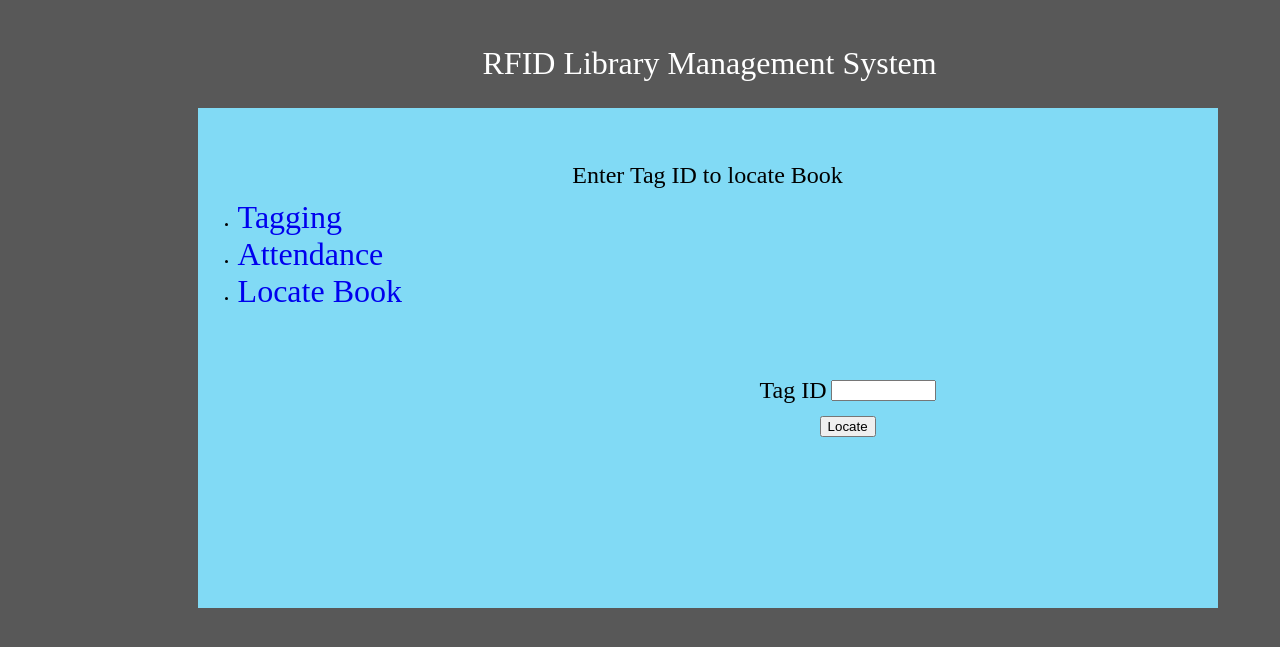
Repository: vigineshs/A-Smart-Data-Analyzer-for-Library-Management-System
Page: http://localhost/librarymgmt/locate.jsp
The author's editor kept a copy of each file at every save. The page is drawn from the files as they stood at one save, then again after the next save.
The browser window is 1280 px wide. The pictures show the whole page.
The page is served by Tomcat 9. Other server files are loaded and not shown.

Above is the page before, as saved 2013-02-10 12:19:31.

### PassiveRFID/CS203-Version 1.0.6/Demo Applications/Dot Net C#/Demo Applications Source Code/RFID/librarymgmt/WebContent/locate.jsp
<%@ page language="java" contentType="text/html; charset=ISO-8859-1"
    pageEncoding="ISO-8859-1"%>
<!DOCTYPE html PUBLIC "-//W3C//DTD HTML 4.01 Transitional//EN" "http://www.w3.org/TR/html4/loose.dtd">
<html>
<head>
<title>RFID | Library Management System</title>
<link rel="stylesheet" type="text/css" href="css/page.css ">
<script>
function validateForm()
{
var x=document.forms["f1"]["btag"].value;
if (x==null || x=="")
  {
  alert("TagID must be filled");
  return false;
  }}
  </script>
</head>
<body>
<div class="center">
<div id="container">
<div id="header"><br/>
RFID Library Management System
</div>
<div id="content">
<br/><br/><center>
Enter Tag ID to locate Book</center>
	<div id="lcon"  style="font-size:10px;">
<ul >
<li><a href="tag.jsp">Tagging</a></li>
<li><a href="attend.jsp">Attendance</a></li>
<li><a href="locate.jsp">Locate Book</a></li>
</ul>
	</div>
	<div id="rcon">
	<form method=GET action="http://localhost:8080/librarymgmt/location.jsp" onsubmit="return validateForm()" name=f1  ><br/><br/>
	<center>
<table>
<tr><td>Tag ID</td><td><input type=text size=10 name="tag" /></td></tr>
<tr><td></td><td></td></tr><tr><td></td><td></td></tr>
<tr  ><td colspan="2"><center><input type=submit value=Locate /></center></td></tr>
</table></center>
</form>
	</div>
</div>
</div>
</div>
</body>
</html>

### PassiveRFID/CS203-Version 1.0.6/Demo Applications/Dot Net C#/Demo Applications Source Code/RFID/librarymgmt/WebContent/css/page.css
#container
{


width:1024px;
height:500px;
margin:0px;

}

a{
text-decoration:none;
font-color:blue;
font-size:32px;
}

a:hover{
font-color:red;
}

.center
{
margin-left:auto;
margin-right:auto;
width:70%;
}

body
{
background-color:#585858;
}

#header
{
background-color:#585858;
font-family:Monotype Corsiva;
font-size:32px;
color:white;
height:100px;
text-align:center;
float:center;
}

#content
{
background-color:#81DAF5;
width:1020px;
height:500px;
margin-left:0px;
overflow:hidden;
font-size:24px;
float:center;
}

#lcon
{
width:300px;
height:100%
overflow:hidden;
}

#rcon
{
width:700px;
height:100%
overflow:hidden;
margin-left:300px;
}

After the next save:
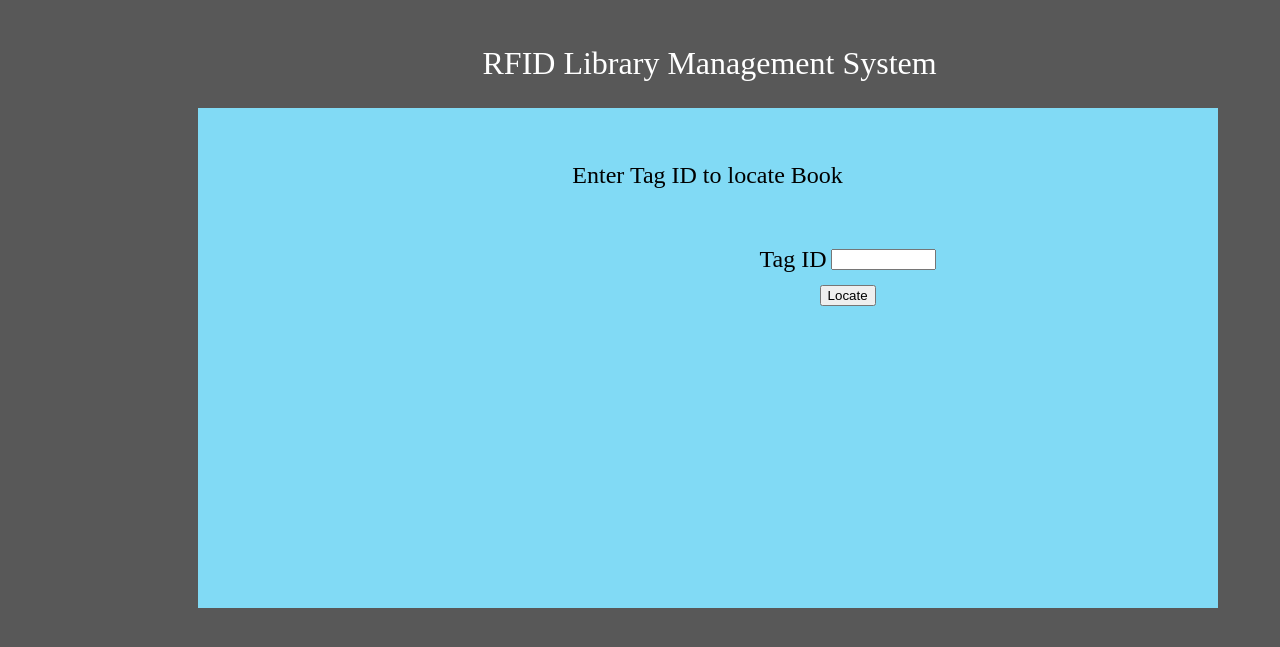
Saved 16 s later.
--- a/PassiveRFID/CS203-Version 1.0.6/Demo Applications/Dot Net C#/Demo Applications Source Code/RFID/librarymgmt/WebContent/locate.jsp
+++ b/PassiveRFID/CS203-Version 1.0.6/Demo Applications/Dot Net C#/Demo Applications Source Code/RFID/librarymgmt/WebContent/locate.jsp
@@ -25,12 +25,8 @@ RFID Library Management System
 <div id="content">
 <br/><br/><center>
 Enter Tag ID to locate Book</center>
-	<div id="lcon"  style="font-size:10px;">
-<ul >
-<li><a href="tag.jsp">Tagging</a></li>
-<li><a href="attend.jsp">Attendance</a></li>
-<li><a href="locate.jsp">Locate Book</a></li>
-</ul>
+	<div id="lcon">
+
 	</div>
 	<div id="rcon">
 	<form method=GET action="http://localhost:8080/librarymgmt/location.jsp" onsubmit="return validateForm()" name=f1  ><br/><br/>
